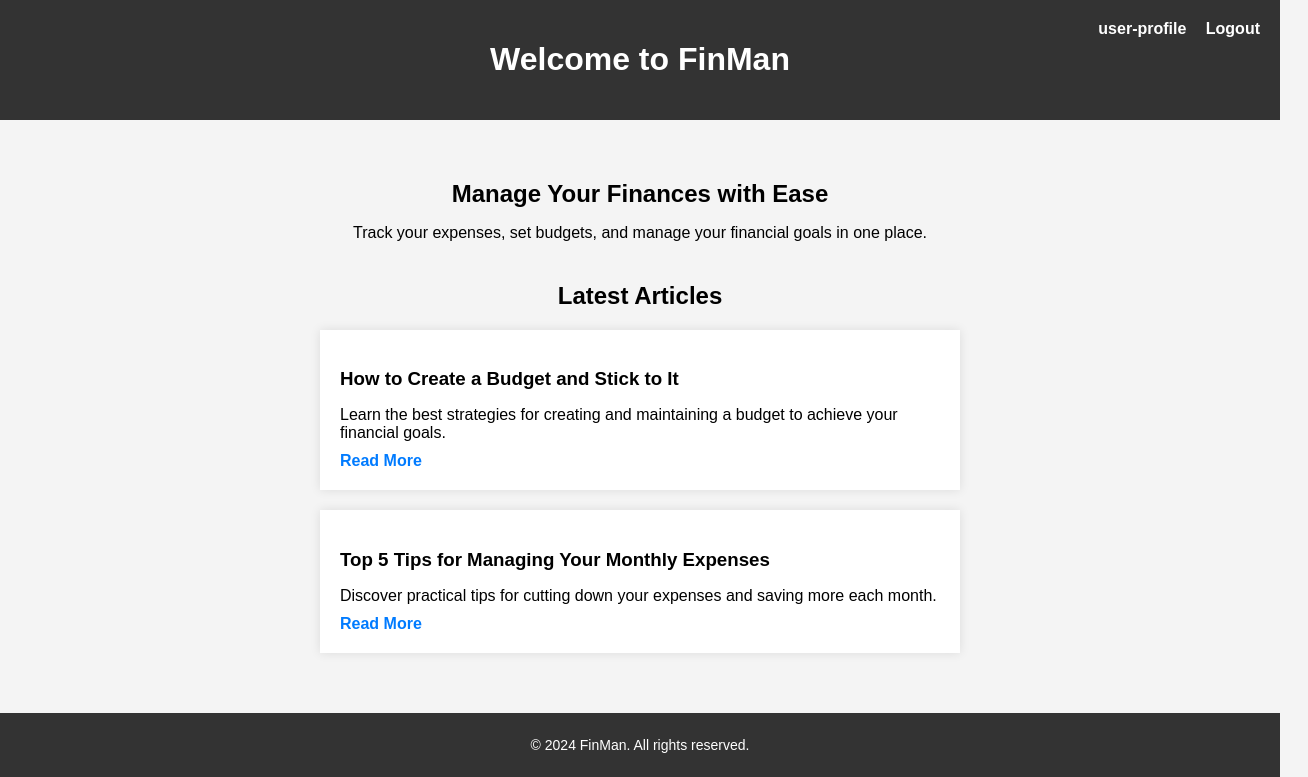
Repository: Rath2601/servlet_jsp_project
Page: http://localhost/finmansystem/dashboard.jsp
These files come from the project's save history. The page is drawn as it stood at one moment and after the next save; the edit follows.
The browser window is 1280 px wide. The page is 1280 px wide, then 1308 px, so the pictures cover 1308 px, including what lies to the right of the window. The pictures show the whole page.
The page is served by Tomcat 10.

Above is the page before, as saved 2024-10-08 02:43:48.

After the next save:
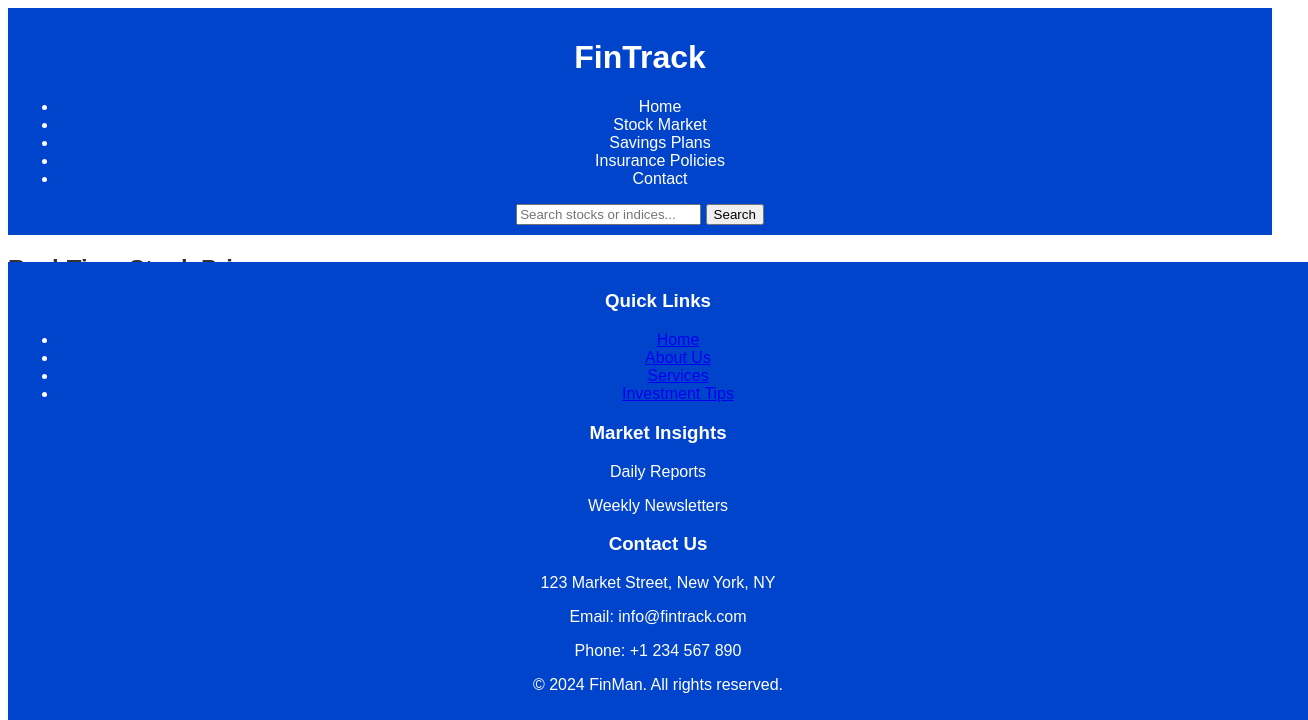
Saved 111 s later.
--- a/FinancialManagementSystem/finmansystem/src/main/webapp/dashboard.jsp
+++ b/FinancialManagementSystem/finmansystem/src/main/webapp/dashboard.jsp
@@ -4,40 +4,86 @@
 <head>
     <meta charset="UTF-8">
     <meta name="viewport" content="width=device-width, initial-scale=1.0">
-    <title>Welcome to FinMan</title>
-    <link rel="stylesheet" type="text/css" href="<%= request.getContextPath() %>/css-non-secured/home.css">
+    <title>FinTrack Dashboard</title>
+    <link rel="stylesheet" type="text/css" href="<%= request.getContextPath() %>/css/dashboard.css">
 </head>
 <body>
     <header>
-        <h1>Welcome to FinMan</h1>
-        <nav class="user-auth">
-             <a href = "<%= request.getContextPath()%>/profile.jsp" class="profile">user-profile</a>
-            <a href = "<%= request.getContextPath()%>/logout.jsp" class="logout">Logout</a>
-        </nav>
+        <div class="navbar">
+            <h1>FinTrack</h1>
+            <nav>
+                <ul>
+                    <li><a href="#">Home</a></li>
+                    <li><a href="#">Stock Market</a></li>
+                    <li><a href="#">Savings Plans</a></li>
+                    <li><a href="#">Insurance Policies</a></li>
+                    <li><a href="#">Contact</a></li>
+                </ul>
+            </nav>
+        </div>
+        <div class="search-bar">
+            <input type="text" placeholder="Search stocks or indices...">
+            <button>Search</button>
+        </div>
     </header>
 
     <main>
-        <section class="intro">
-            <h2>Manage Your Finances with Ease</h2>
-            <p>Track your expenses, set budgets, and manage your financial goals in one place.</p>
-        </section>
+        <section class="content">
+            <!-- Real-Time Stock Prices -->
+            <div class="box stock-prices">
+                <h2>Real-Time Stock Prices</h2>
+                <ul>
+                    <li>Apple Inc. (AAPL): <span>$145.57</span></li>
+                    <li>Tesla Inc. (TSLA): <span>$650.10</span></li>
+                    <li>Amazon.com Inc. (AMZN): <span>$3400.15</span></li>
+                </ul>
+            </div>
 
-        <section class="articles">
-            <h2>Latest Articles</h2>
-            <article>
-                <h3>How to Create a Budget and Stick to It</h3>
-                <p>Learn the best strategies for creating and maintaining a budget to achieve your financial goals.</p>
-                <a href="article1.jsp">Read More</a>
-            </article>
-            <article>
-                <h3>Top 5 Tips for Managing Your Monthly Expenses</h3>
-                <p>Discover practical tips for cutting down your expenses and saving more each month.</p>
-                <a href="article2.jsp">Read More</a>
-            </article>
+            <!-- Market Indices -->
+            <div class="box market-indices">
+                <h2>Market Indices</h2>
+                <ul>
+                    <li>Dow Jones: <span>34,105.45</span></li>
+                    <li>NASDAQ: <span>13,495.55</span></li>
+                    <li>S&P 500: <span>4,081.34</span></li>
+                </ul>
+            </div>
+
+            <!-- Top Gainers & Losers -->
+            <div class="box top-gainers-losers">
+                <h2>Top Gainers & Losers</h2>
+                <div class="gainers-losers">
+                    <p>Top Gainer: <span>Stock XYZ (+12.75%)</span></p>
+                    <p>Top Loser: <span>Stock ABC (-4.55%)</span></p>
+                    <div class="graph-placeholder">Graph Placeholder</div>
+                </div>
+            </div>
         </section>
     </main>
 
     <footer>
+        <div class="footer-content">
+            <div class="quick-links">
+                <h3>Quick Links</h3>
+                <ul>
+                    <li><a href="#">Home</a></li>
+                    <li><a href="#">About Us</a></li>
+                    <li><a href="#">Services</a></li>
+                    <li><a href="#">Investment Tips</a></li>
+                </ul>
+            </div>
+            <div class="market-insights">
+                <h3>Market Insights</h3>
+                <p>Daily Reports</p>
+                <p>Weekly Newsletters</p>
+            </div>
+            <div class="contact-us">
+                <h3>Contact Us</h3>
+                <p>123 Market Street, New York, NY</p>
+                <p>Email: info@fintrack.com</p>
+                <p>Phone: +1 234 567 890</p>
+            </div>
+        </div>
         <p>&copy; 2024 FinMan. All rights reserved.</p>
     </footer>
 </body>
